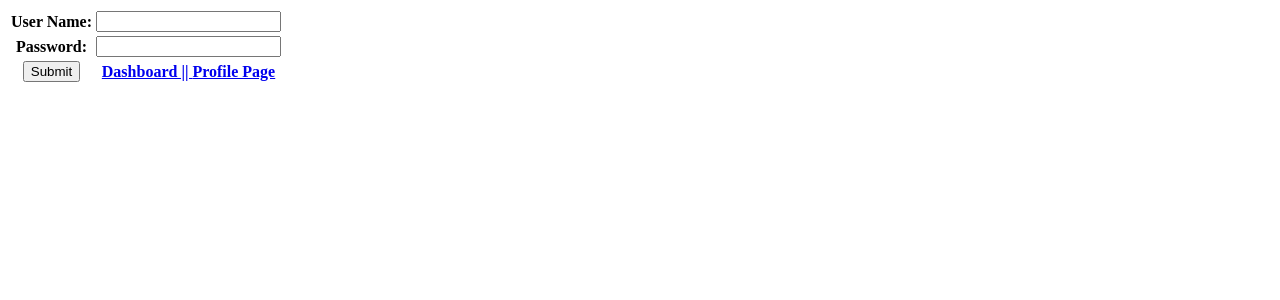
Repository: akki1071993/JavaServlet
Page: CookiesDemo2/src/main/webapp/index.html
The author's editor kept a copy of each file at every save. The page is drawn from the files as they stood at one save, then again after the next save.
The browser window is 1280 px wide. The pictures show the whole page.

Above is the page before, as saved 2022-06-16 10:08:26.

### CookiesDemo2/src/main/webapp/index.html
<!DOCTYPE html>
<html>
<head>
<meta charset="ISO-8859-1">
<title>Insert title here</title>
</head>
<body>
	<form action="login" method="post">
		<table>
			<tr>
				<th>User Name:</th>
				<th><input type="text" name="user" ></th>
			</tr>
			<tr>
				<th>Password: </th>
				<th><input type="password" name="psw"> </th>
			</tr>
			<tr>
				<th><input type="submit" value="Submit"></th>
				<th><a href="login">Dashboard || </a><a href="ProfileServlet"> Profile Page</a></th>
			</tr>
		</table>
	</form>
</body>
</html>

After the next save:
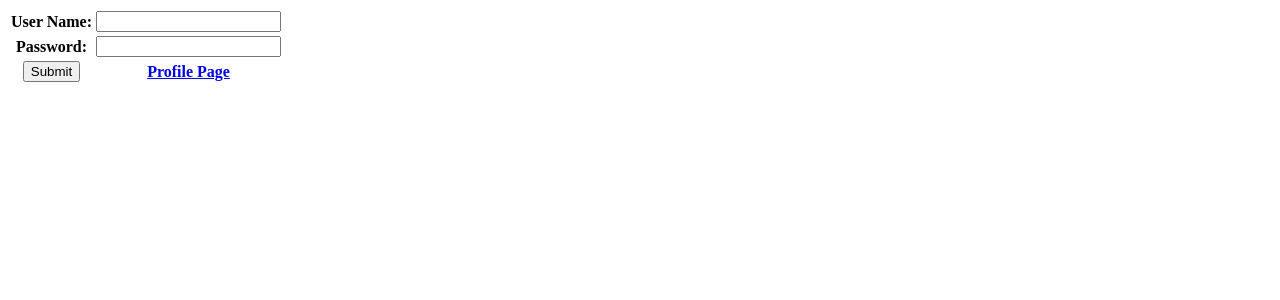
Saved 4 min 30 s later.
--- a/CookiesDemo2/src/main/webapp/index.html
+++ b/CookiesDemo2/src/main/webapp/index.html
@@ -17,7 +17,7 @@
 			</tr>
 			<tr>
 				<th><input type="submit" value="Submit"></th>
-				<th><a href="login">Dashboard || </a><a href="ProfileServlet"> Profile Page</a></th>
+				<th><a href="ProfileServlet"> Profile Page</a></th>
 			</tr>
 		</table>
 	</form>
